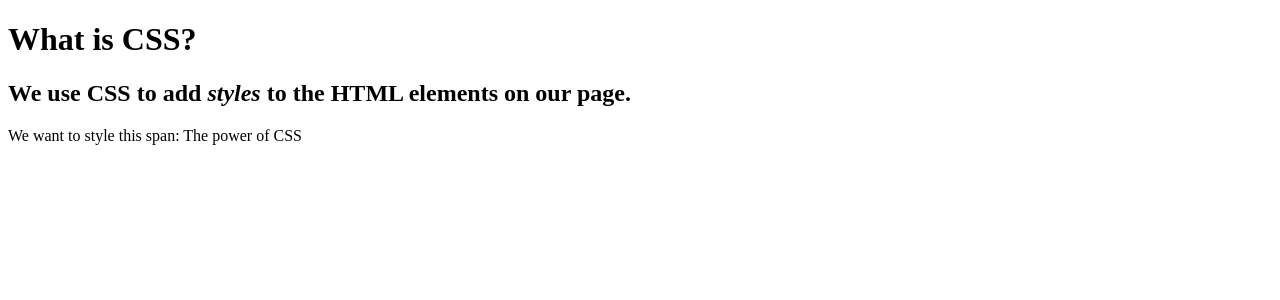
Repository: 3EyEdRav3n/10-2020-cohort-course
Page: week-1/day-3/index.html
These files come from the project's save history. The page is drawn as it stood at one moment and after the next save; the edit follows.
The browser window is 1280 px wide. The pictures show the whole page.

Above is the page before, as saved 2020-10-28 19:41:24.

### week-1/day-3/index.html
<!DOCTYPE html>
<html lang="en">
  <head>
    <meta charset="UTF-8" />
    <meta name="viewport" content="width=device-width, initial-scale=1.0" />
    <title>Document</title>
  </head>
  <body>
    <h1>What is CSS?</h1>
    <h2>We use CSS to add <em>styles</em> to the HTML elements on our page.</h2>

    <p>We want to style this span: <span>The power of CSS</span></p>
  </body>
</html>

After the next save:
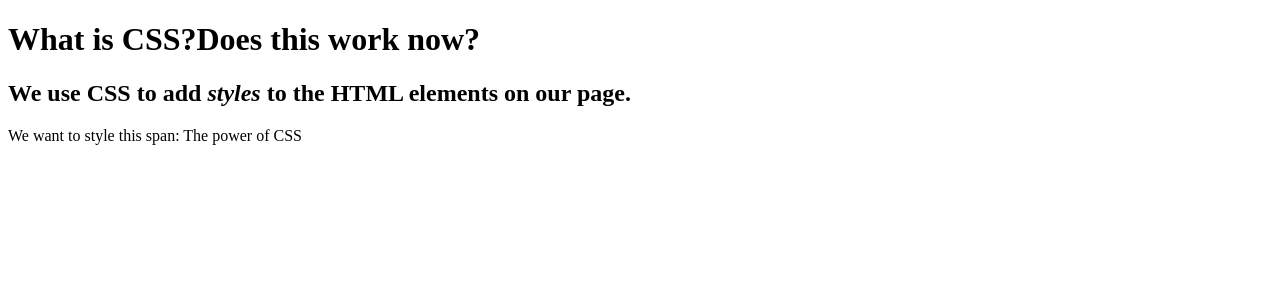
Saved 3 min 57 s later.
--- a/week-1/day-3/index.html
+++ b/week-1/day-3/index.html
@@ -6,7 +6,7 @@
     <title>Document</title>
   </head>
   <body>
-    <h1>What is CSS?</h1>
+    <h1>What is CSS?Does this work now?</h1>
     <h2>We use CSS to add <em>styles</em> to the HTML elements on our page.</h2>
 
     <p>We want to style this span: <span>The power of CSS</span></p>

After the save that followed:
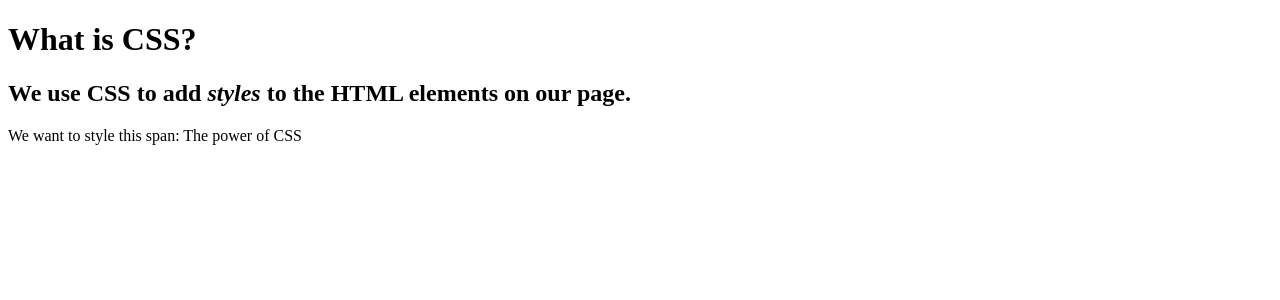
Saved 21 s later.
--- a/week-1/day-3/index.html
+++ b/week-1/day-3/index.html
@@ -6,7 +6,7 @@
     <title>Document</title>
   </head>
   <body>
-    <h1>What is CSS?Does this work now?</h1>
+    <h1>What is CSS?</h1>
     <h2>We use CSS to add <em>styles</em> to the HTML elements on our page.</h2>
 
     <p>We want to style this span: <span>The power of CSS</span></p>
